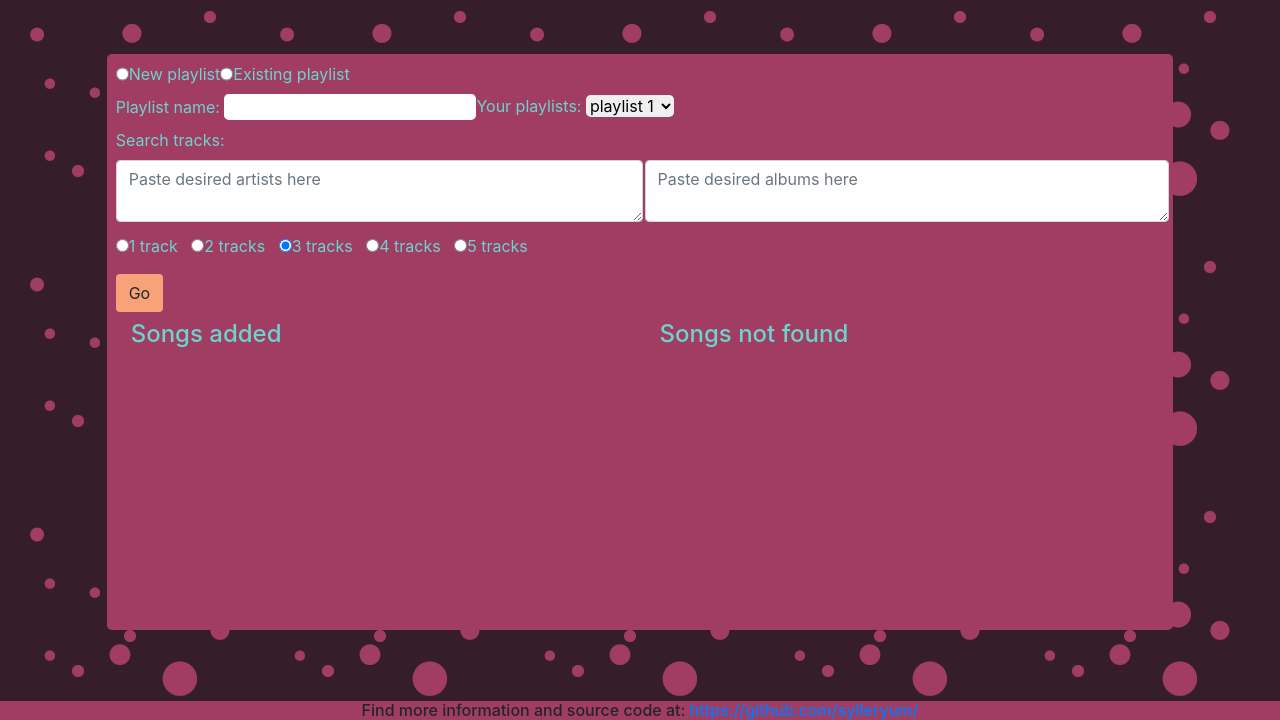
Repository: sylleryum/Frontend
Page: GetTopTracks/index.html
An editor plug-in stored every save of this project. The page is shown before and after the next save, followed by the edit.
The browser window is 1280 px wide. The pictures show the whole page.

Above is the page before, as saved 2019-10-13 17:45:04.

After the next save:
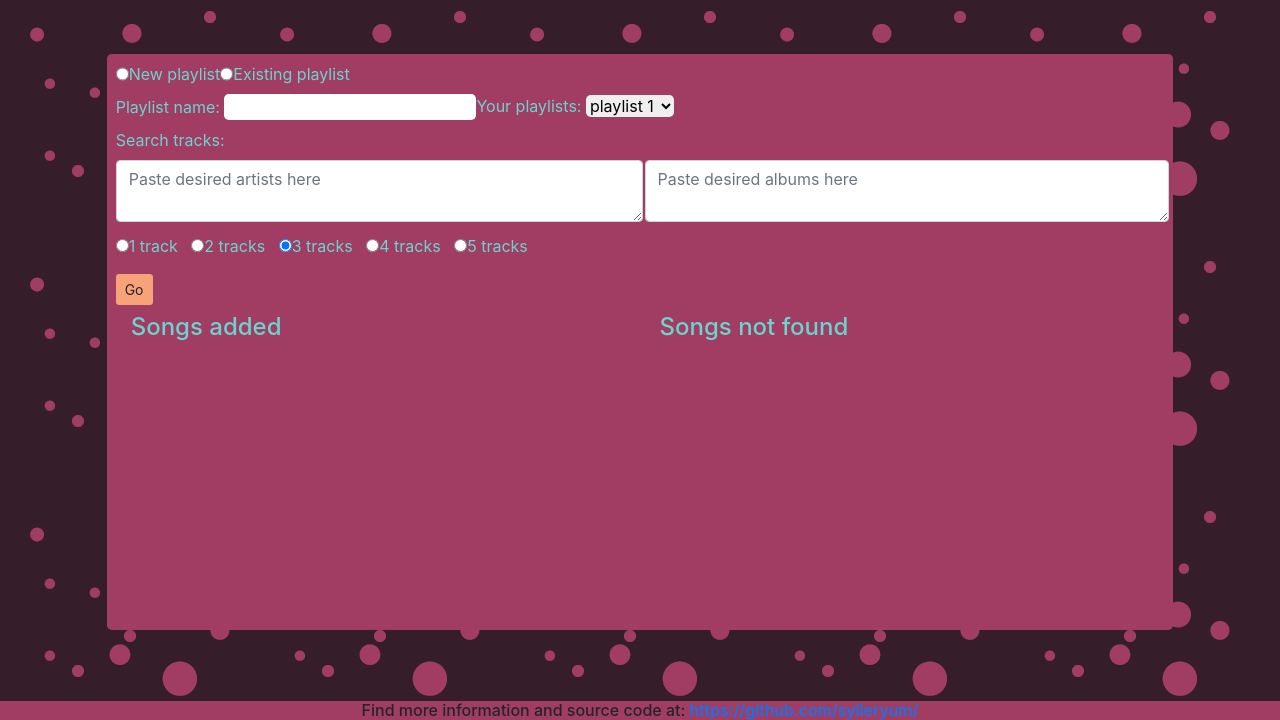
Saved 22 s later.
--- a/GetTopTracks/index.html
+++ b/GetTopTracks/index.html
@@ -69,7 +69,7 @@
                               <label><input type="radio" id="rAmount5" name="playlistRadio" value="rAmount4" onchange="">5 tracks&nbsp;&nbsp;&nbsp;</label>
                          </div>
                          <div class="row main-go pb-2">
-                              <button type="submit" class="btn bg-3" id="submit-button">
+                              <button type="submit" class="btn bg-3 btn-sm" id="submit-button">
                                    Go
                               </button>
                          </div>
